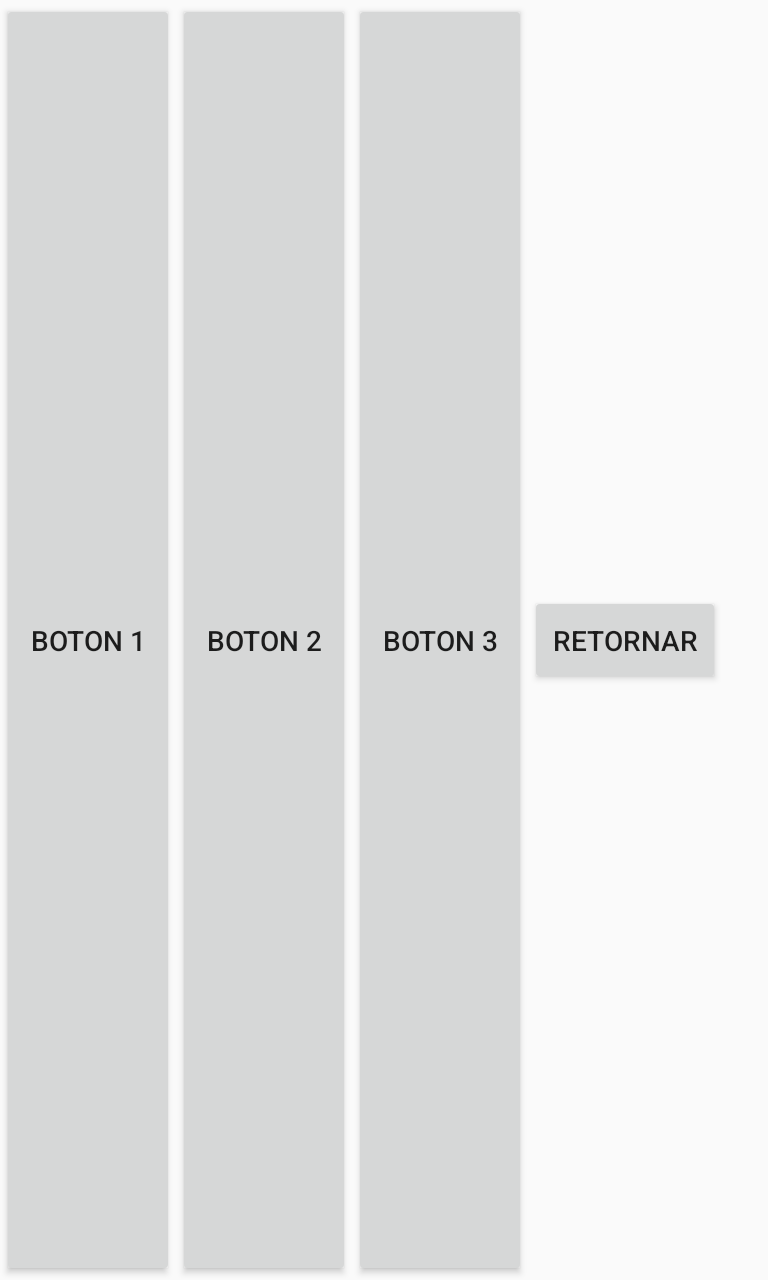
Repository: jromanz/android-projects
Layout: ListaAlumnos/res/layout/activity_linear_layout.xml
The author's editor kept a copy of each file at every save. The layout is drawn from the files as they stood at one save, then again after the next save.
It is drawn on a 768 x 1280 px phone screen (xhdpi) without system bars, with theme AppTheme; the app's code is not run.

Above is the layout before, as saved 2014-08-28 19:36:22.

After the next save:
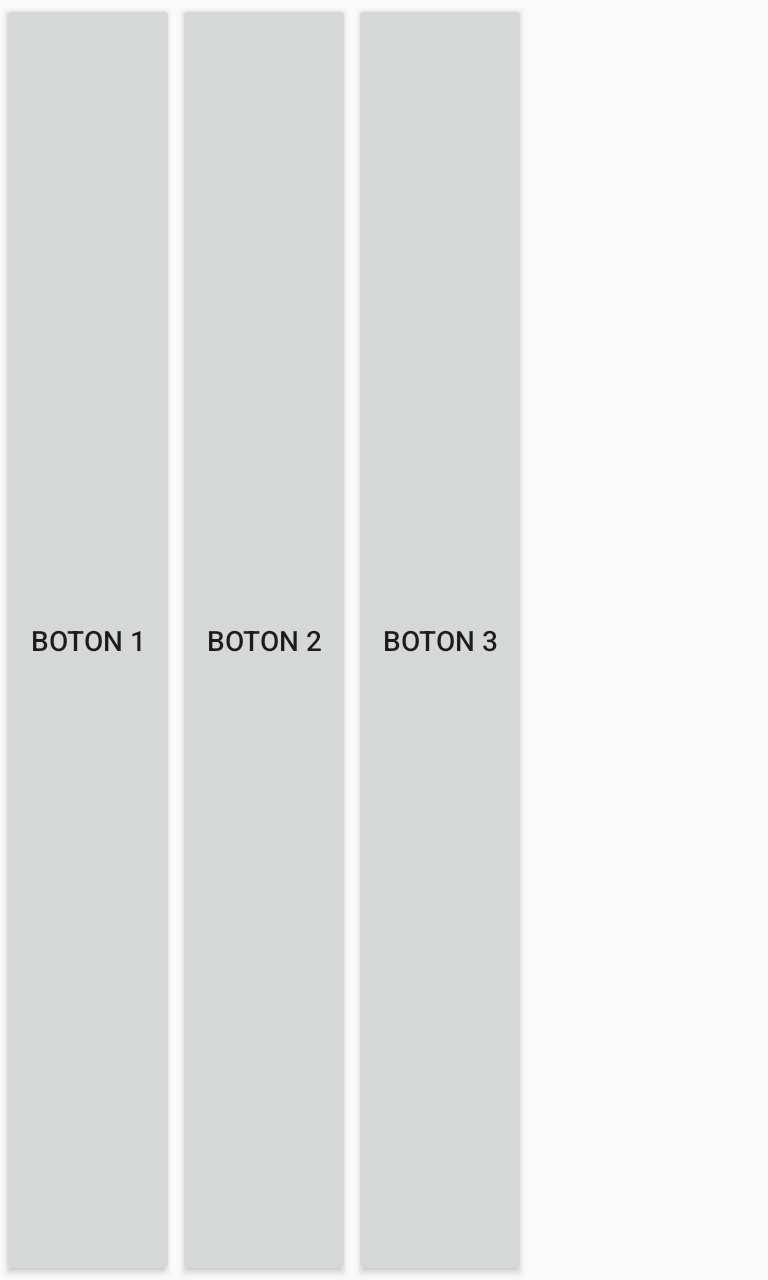
Saved 27 s later.
--- a/ListaAlumnos/res/layout/activity_linear_layout.xml
+++ b/ListaAlumnos/res/layout/activity_linear_layout.xml
@@ -33,6 +33,8 @@
         android:text="@string/btn3Linear"
         />
 
+
+   </LinearLayout>
     <Button
         android:id="@+id/botonRetornarLinear"
         android:layout_width="fill_parent"
@@ -41,6 +43,4 @@
         />
 
 
-   </LinearLayout>
-
 </LinearLayout>
